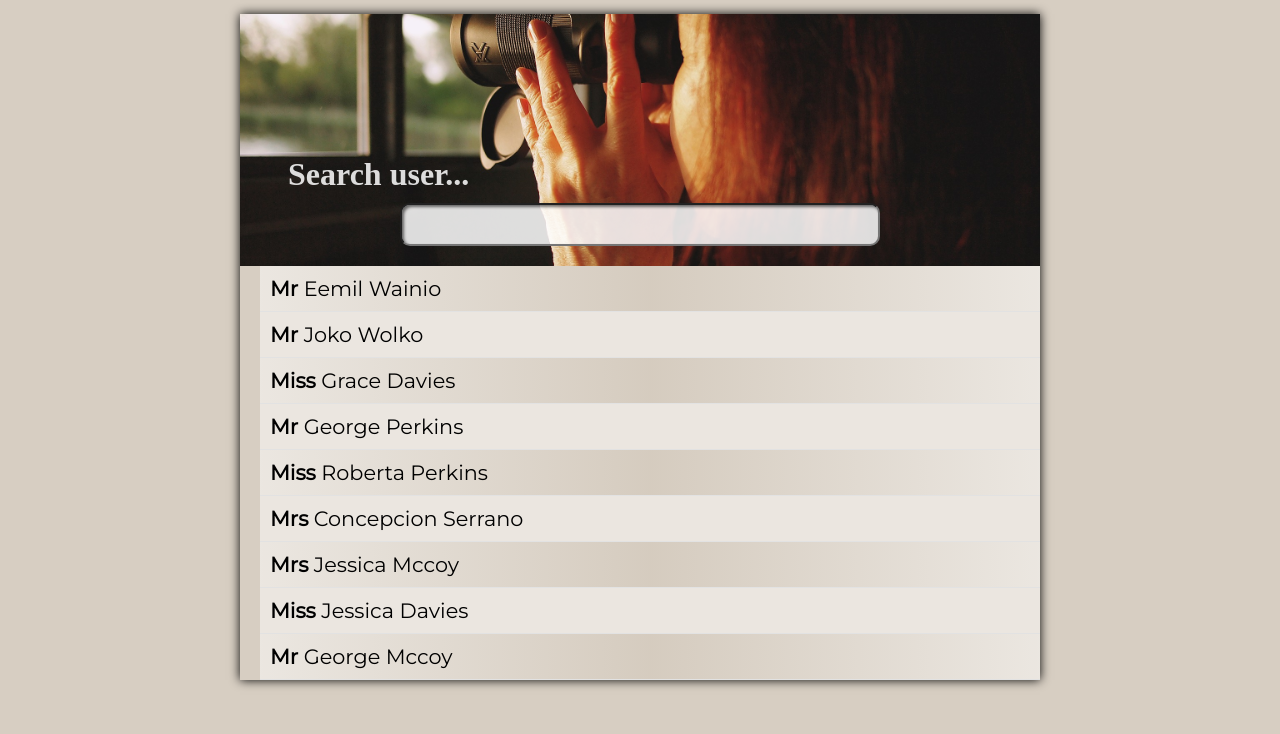
Repository: KrzysKolo/sr_tydzien5_zad4
Page: /
These files come from the project's save history. The page is drawn as it stood at one moment and after the next save; the edit follows.
The browser window is 1280 px wide. The pictures show the whole page.
Some web fonts or font styles are not loaded; a fallback is used. The project was rebuilt for these pictures with package versions that can differ from the ones it lists, and the page was loaded fresh each time.

Above is the page before, as saved 2021-01-03 06:28:39.

### public/index.html
<!DOCTYPE html>
<html lang="en">
  <head>
    <meta charset="utf-8" />
    <link rel="icon" href="%PUBLIC_URL%/favicon.ico" />
    <meta name="viewport" content="width=device-width, initial-scale=1" />
    <meta name="theme-color" content="#000000" />
    <meta
      name="description"
      content="Web site created using create-react-app"
    />
    <link rel="apple-touch-icon" href="%PUBLIC_URL%/logo192.png" />
    <!--
      manifest.json provides metadata used when your web app is installed on a
      user's mobile device or desktop. See https://developers.google.com/web/fundamentals/web-app-manifest/
    -->
    <link rel="manifest" href="%PUBLIC_URL%/manifest.json" />
    <!--
      Notice the use of %PUBLIC_URL% in the tags above.
      It will be replaced with the URL of the `public` folder during the build.
      Only files inside the `public` folder can be referenced from the HTML.

      Unlike "/favicon.ico" or "favicon.ico", "%PUBLIC_URL%/favicon.ico" will
      work correctly both with client-side routing and a non-root public URL.
      Learn how to configure a non-root public URL by running `npm run build`.
    -->
    <link rel="preconnect" href="https://fonts.gstatic.com">
<link href="https://fonts.googleapis.com/css2?family=Finger+Paint&family=Montserrat&family=Over+the+Rainbow&family=Peralta&display=swap" rel="stylesheet">
    <title>User search</title>
  </head>
  <body>
    <noscript>You need to enable JavaScript to run this app.</noscript>
    <div id="root"></div>
    <!--
      This HTML file is a template.
      If you open it directly in the browser, you will see an empty page.

      You can add webfonts, meta tags, or analytics to this file.
      The build step will place the bundled scripts into the <body> tag.

      To begin the development, run `npm start` or `yarn start`.
      To create a production bundle, use `npm run build` or `yarn build`.
    -->
  </body>
</html>

### src/App.js
import React from 'react';
import UsersContainer from './components/UsersContainer';
import Header from './components/Header';
import './App.css';


const App = () => {

  return (
    <section>
      <Header />
      <UsersContainer/>
    </section>
  )
}

export default App;

### src/components/UsersContainer.js
import React, { useState, useEffect } from 'react';


const UsersContainer = () => {

  const UsersAPI = '/users.json';

  const [ users, setUsers ] = useState([]);

  useEffect(() => {

    fetch(UsersAPI)
      .then(res => res.json())
      .then(data => {
        console.log(data.users);
        setUsers(data.users);
      })
    }, []);

    const user = users.map(user => (
      <li className="user" key={user.id}><b>{user.title}</b> {user.first} {user.last}</li>
    ))
    return (
        <ul>
					{user}
        </ul>
    )
}

export default UsersContainer;

### src/components/Header.js
import React from 'react';

const Header = () => {
    return (
        <div className="header__section">
            <h1 className="header__title">Search user...</h1>
            <div className="header__search-wrapper">
                <input className="header__search" type="text" />
            </div>
        </div>
    )
}

export default Header;

### src/App.css
* {
  box-sizing: border-box;
  padding: 0;
  margin: 0;
}
body {
  height: 100vh;
  width: 100vw;
  background-color: rgba(206, 194, 179, 0.8);
}
section {
  margin: 2vh auto;
  width: 70%;
  max-width: 800px;
  display: flex;
  flex-direction: column;
  box-shadow: 0 0 10px #000;
}
.header__section {
  height: 35vh;
  background-image: url("./images/girl.jpg");
  background-position: center;
  background-size: cover;
  display: flex;
  flex-direction: column;
  justify-content: flex-end;
}
.header__title {
  font-size: 2rem;
  font-family: "Peralta", cursive;
  margin: 0 auto 10px 3rem;
  color: rgba(255, 255, 255, 0.85);
}
.header__search-wrapper {
  width: 100%;
  margin-bottom: 20px;
  display: flex;
  justify-content: center;
}
.header__search {
  padding: 8px 10px;
  width: 60%;
  border-radius: 10px;
  background-color: rgba(255, 255, 255, 0.85);
  box-shadow: inset 2px 2px 3px 0px rgba(0, 0, 0, 0.55);
  font-size: 20px;
}
.user {
  font-size: 1.3rem;
  font-family: "Montserrat", sans-serif;
  padding: 10px;
  list-style: none;
  border-bottom: 1px solid rgb(226, 226, 226);
  background-color: rgba(255, 255, 255, 0.5);
  margin-left: 20px;
}
.user:nth-child(odd) {
  background: linear-gradient(
    90deg,
    rgba(255, 255, 255, 0.5) 0%,
    rgba(206, 194, 179, 0.2) 50%,
    rgba(255, 255, 255, 0.5) 100%
  );
}

### public/users.json
{
    "users": [
      {
        "id": 1,
        "title": "Mr",
        "first": "Eemil",
        "last": "Wainio"
       },
      {
        "id": 2,
        "title": "Mr",
        "first": "Joko",
        "last": "Wolko"
      },
      {
        "id": 3,
        "title": "Miss",
        "first": "Grace",
        "last": "Davies"
      },
      {
        "id": 4,
        "title": "Mr ",
        "first": "George ",
        "last": "Perkins"
      },
      {
        "id": 5,
        "title": "Miss",
        "first": "Roberta ",
        "last": "Perkins"
      },
      {
        "id": 6,
        "title": "Mrs ",
        "first": "Concepcion ",
        "last": "Serrano"
      },
      {
        "id": 7,
        "title": "Mrs ",
        "first": "Jessica ",
        "last": "Mccoy"
      },
      {
        "id": 8,
        "title": "Miss",
        "first": "Jessica",
        "last": "Davies"
      },
      {
        "id": 9,
        "title": "Mr",
        "first": "George",
        "last": "Mccoy"
      }
    ]
  }

Loaded but not shown: src/index.js (common file)

After the next save:
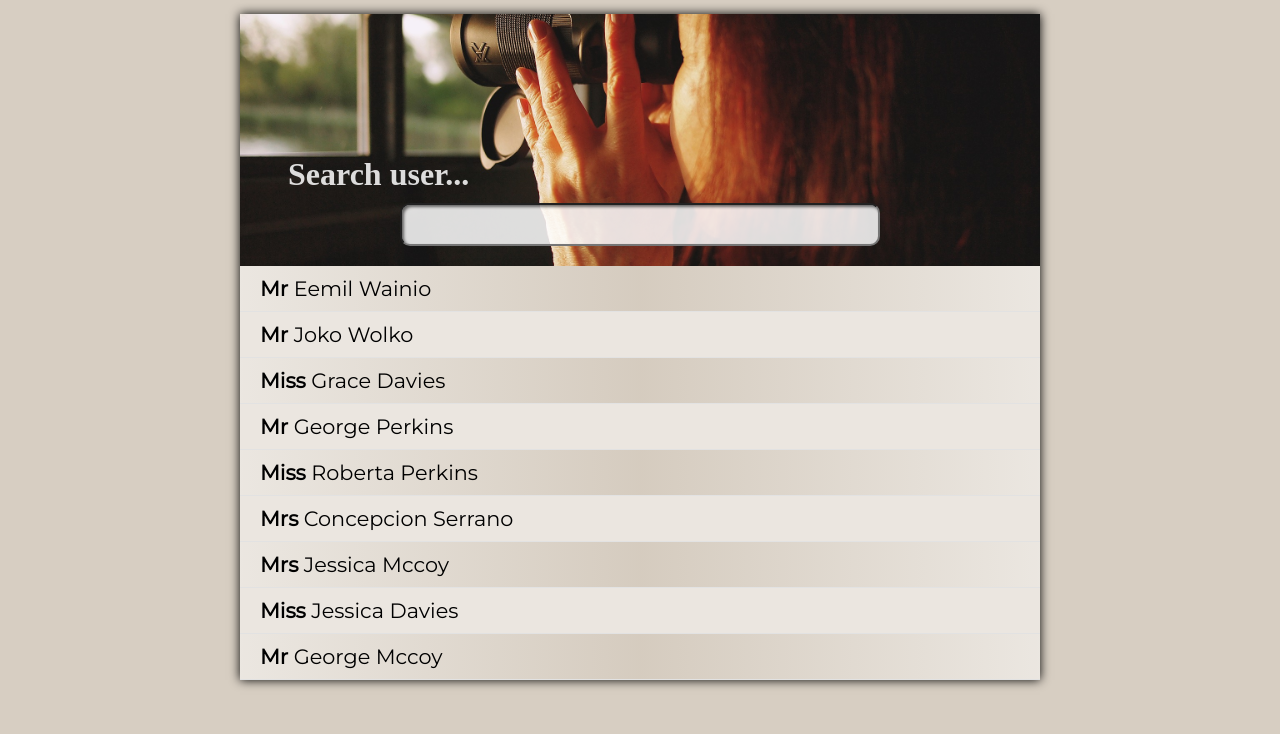
Saved 30 s later.
--- a/src/App.css
+++ b/src/App.css
@@ -48,11 +48,10 @@ section {
 .user {
   font-size: 1.3rem;
   font-family: "Montserrat", sans-serif;
-  padding: 10px;
+  padding: 10px 20px;
   list-style: none;
   border-bottom: 1px solid rgb(226, 226, 226);
   background-color: rgba(255, 255, 255, 0.5);
-  margin-left: 20px;
 }
 .user:nth-child(odd) {
   background: linear-gradient(
